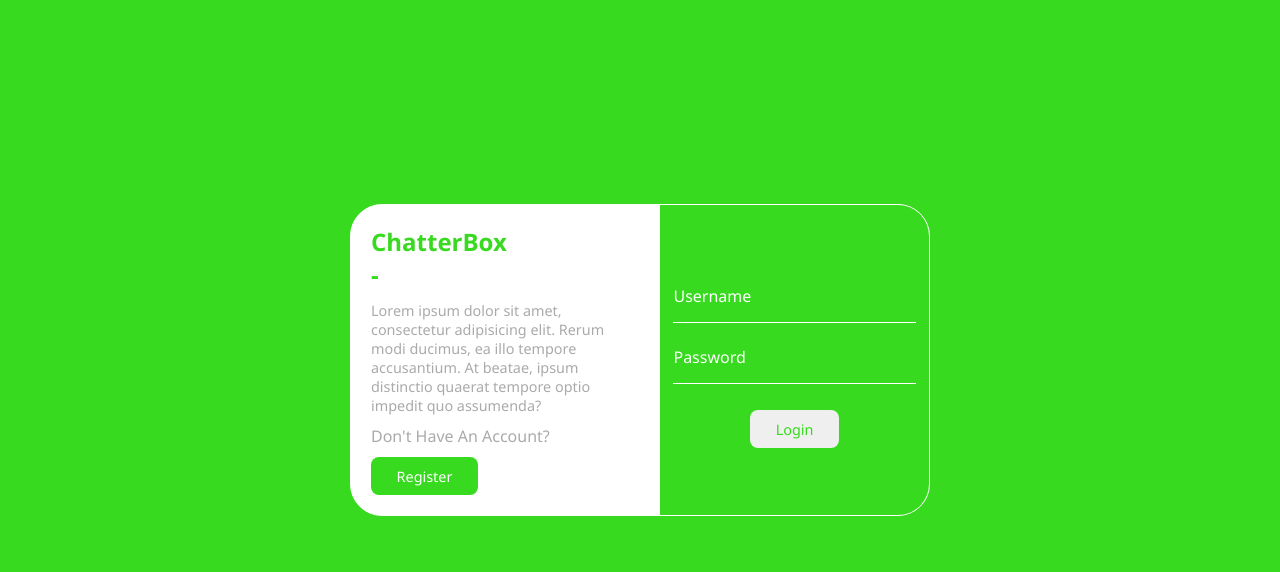
Repository: Habeebur1493/social-media-app
Page: /login
An editor plug-in stored every save of this project. The page is shown before and after the next save, followed by the edit.
The browser window is 1280 px wide. The pictures show the whole page.
The project was rebuilt for these pictures with package versions that can differ from the ones it lists, and the page was loaded fresh each time. Also part of the build but not shown: vite.config.js, src/pages/signup/signup.css, src/pages/signup/Signup.jsx.

Above is the page before, as saved 2025-01-28 02:12:54.

After the next save:
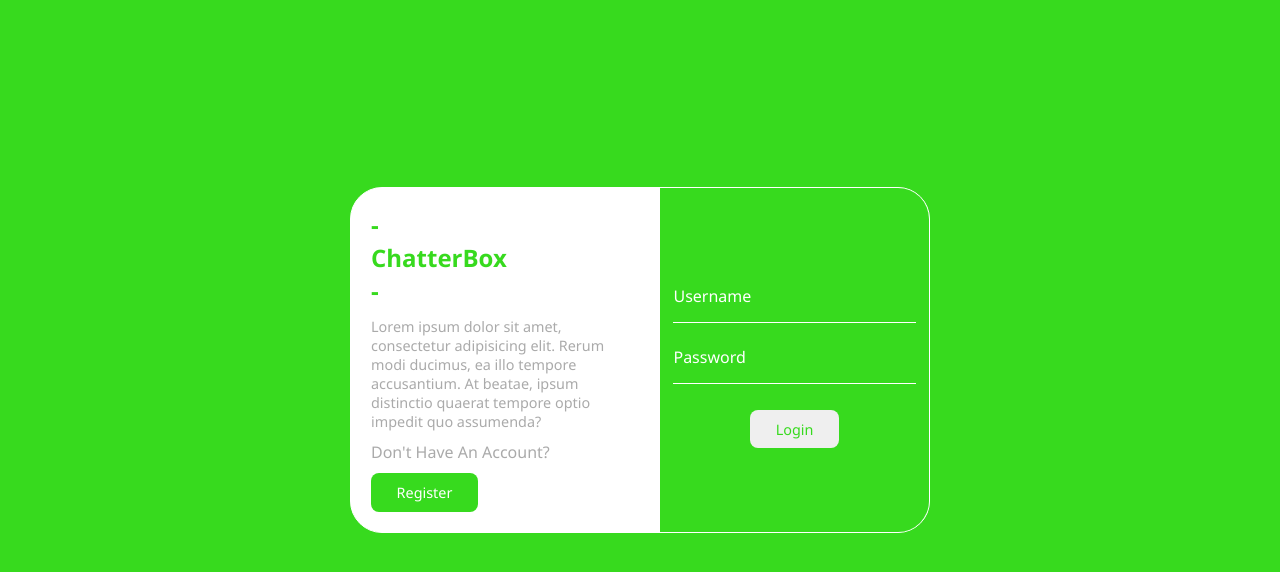
Saved 3 min 5 s later.
--- a/src/pages/login/Login.jsx
+++ b/src/pages/login/Login.jsx
@@ -8,7 +8,7 @@ export default function Login() {
     <div className="login">
         <div className='card'>
         <div className="left">
-            <h2>ChatterBox <br /> -</h2>
+            <h2> - <br /> ChatterBox <br /> -</h2>
             <p>Lorem ipsum dolor sit amet, consectetur adipisicing elit. Rerum modi ducimus, ea illo tempore accusantium. At beatae, ipsum distinctio quaerat tempore optio impedit quo assumenda?</p>
             <span>Don't Have An Account?</span>
             <Link to='/signup'>
